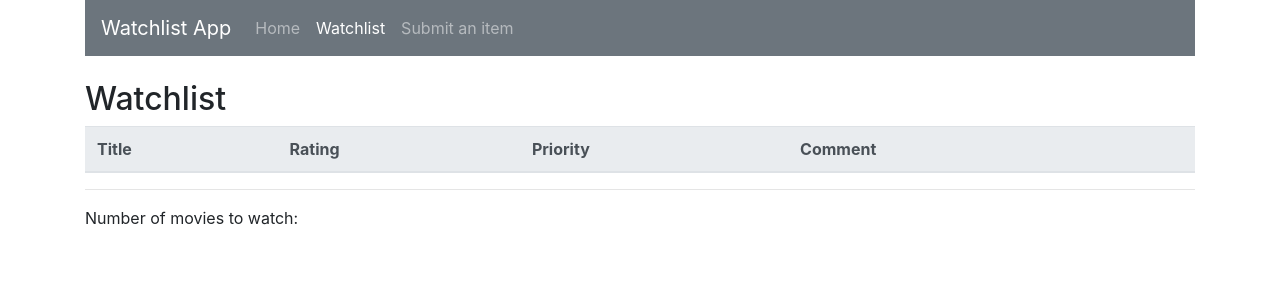
Repository: saleh-senoussi/SpringBoot
Page: http://localhost/watchlist
These files come from the project's save history. The page is drawn as it stood at one moment and after the next save; the edit follows.
The browser window is 1280 px wide. The pictures show the whole page.
The page is this project's Thymeleaf template; nobody is signed in. The template is opened directly, without the code that normally fills it, so the values that code supplies are empty.

Above is the page before, as saved 2020-12-09 02:27:57.

### watchlist/src/main/resources/templates/watchlist.html
<html xmlns:th = "https://www.thymeleaf.org/">

<head>
<meta name="viewport" content="width = device-width, initial-scale = 1, shrink-to-fit = no">

<!-- Bootstrap CSS -->
<link rel="stylesheet" href="https://stackpath.bootstrapcdn.com/bootstrap/4.1.3/css/bootstrap.min.css">

<title>Watchlist App</title>
</head>

<body>
	<div class="container">
 		<nav class = "navbar navbar-expand-sm navbar-dark bg-secondary">
            <a class = "navbar-brand" href = "homepage-static.html">Watchlist App</a>
            <button class = "navbar-toggler" type = "button" data-toggle = "collapse"
               data-target = "#navbarSupportedContent"
               aria-controls = "navbarSupportedContent" aria-expanded = "false"
               aria-label = "Toggle navigation">

               <span class = "navbar-toggler-icon"></span>
            </button>

            <div class = "collapse navbar-collapse" id = "navbarSupportedContent">
               <ul class = "navbar-nav mr-auto">
                  <li class = "nav-item">
                     <a class = "nav-link" href = "homepage-static.html">Home</a>
                  </li>
                  <li class = "nav-item active">
                     <a class = "nav-link" href = "watchlist-static.html">Watchlist</a>
                  </li>
                  <li class = "nav-item ">
                     <a class = "nav-link" href = "watchlistItemForm-static.html">Submit an item</a>
                  </li>
               </ul>

            </div>
      	</nav>
		<h2  class = "mt-4">Watchlist</h2>
		<table class="table">
			<thead class = "thead-light">
		        <tr>
		            <th class="text-left">Title</th>
		            <th class="text-left">Rating</th>
		            <th class="text-left">Priority</th>
		            <th class="text-left">Comment</th>
		            <th class="text-left"></th>
		        </tr>
		    </thead>
			<tbody>
				<tr th:each="watchlistItem: ${watchlistItems}">
		            <td th:text="${watchlistItem.title}">Avatar</td>
		            <td th:text="${watchlistItem.rating}">7.8</td>
		            <td th:text="${watchlistItem.priority}">LOW</td>
		            <td th:text="${watchlistItem.comment}">Peter recommended</td>
					<td><a th:href="@{/watchlistItemForm(id=${watchlistItem.id})}" href="#" class="btn btn-info" role="button">Update</a></td>
				</tr>
			</tbody>
		</table>
		<hr/>
		<div >
			<div>Number of movies to watch: <span th:text="${numberOfMovies}"> </span> </div>
		</div>

	</div>

	<script src="https://code.jquery.com/jquery-3.3.1.slim.min.js"></script>
	<script src="https://cdnjs.cloudflare.com/ajax/libs/popper.js/1.14.3/umd/popper.min.js"></script>
	<script src="https://stackpath.bootstrapcdn.com/bootstrap/4.1.3/js/bootstrap.min.js"></script>

</body>
</html>

After the next save:
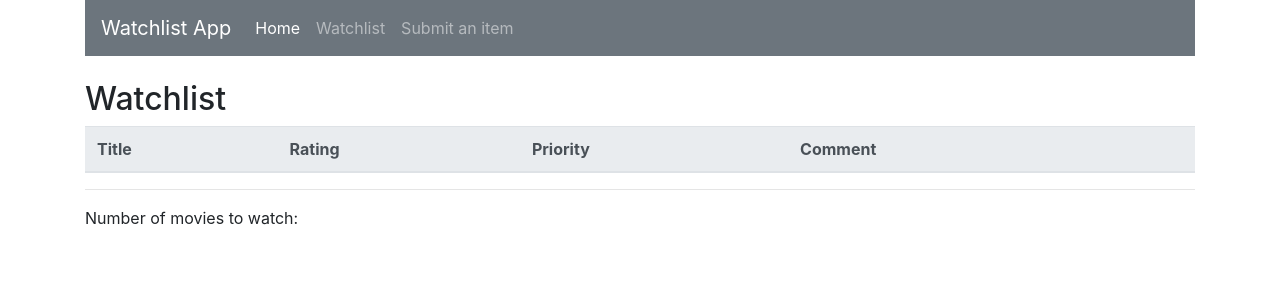
Saved 2 min 49 s later.
--- a/watchlist/src/main/resources/templates/watchlist.html
+++ b/watchlist/src/main/resources/templates/watchlist.html
@@ -12,7 +12,7 @@
 <body>
 	<div class="container">
  		<nav class = "navbar navbar-expand-sm navbar-dark bg-secondary">
-            <a class = "navbar-brand" href = "homepage-static.html">Watchlist App</a>
+            <a class = "navbar-brand" href = "/">Watchlist App</a>
             <button class = "navbar-toggler" type = "button" data-toggle = "collapse"
                data-target = "#navbarSupportedContent"
                aria-controls = "navbarSupportedContent" aria-expanded = "false"
@@ -24,13 +24,13 @@
             <div class = "collapse navbar-collapse" id = "navbarSupportedContent">
                <ul class = "navbar-nav mr-auto">
                   <li class = "nav-item">
-                     <a class = "nav-link" href = "homepage-static.html">Home</a>
+                     <a class = "nav-link active" href = "/">Home</a>
                   </li>
-                  <li class = "nav-item active">
-                     <a class = "nav-link" href = "watchlist-static.html">Watchlist</a>
+                  <li class = "nav-item">
+                     <a class = "nav-link" href = "/watchlist">Watchlist</a>
                   </li>
                   <li class = "nav-item ">
-                     <a class = "nav-link" href = "watchlistItemForm-static.html">Submit an item</a>
+                     <a class = "nav-link" href = "/watchlistItemForm">Submit an item</a>
                   </li>
                </ul>
 

After the save that followed:
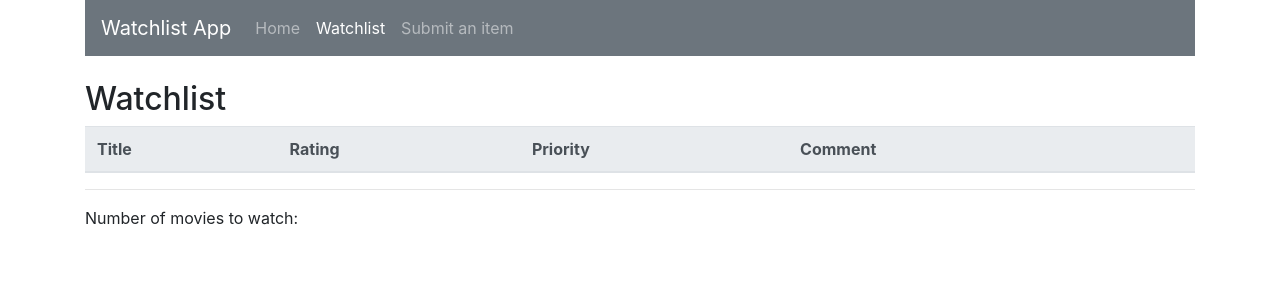
Saved 39 s later.
--- a/watchlist/src/main/resources/templates/watchlist.html
+++ b/watchlist/src/main/resources/templates/watchlist.html
@@ -24,10 +24,10 @@
             <div class = "collapse navbar-collapse" id = "navbarSupportedContent">
                <ul class = "navbar-nav mr-auto">
                   <li class = "nav-item">
-                     <a class = "nav-link active" href = "/">Home</a>
+                     <a class = "nav-link" href = "/">Home</a>
                   </li>
                   <li class = "nav-item">
-                     <a class = "nav-link" href = "/watchlist">Watchlist</a>
+                     <a class = "nav-link active" href = "/watchlist">Watchlist</a>
                   </li>
                   <li class = "nav-item ">
                      <a class = "nav-link" href = "/watchlistItemForm">Submit an item</a>
